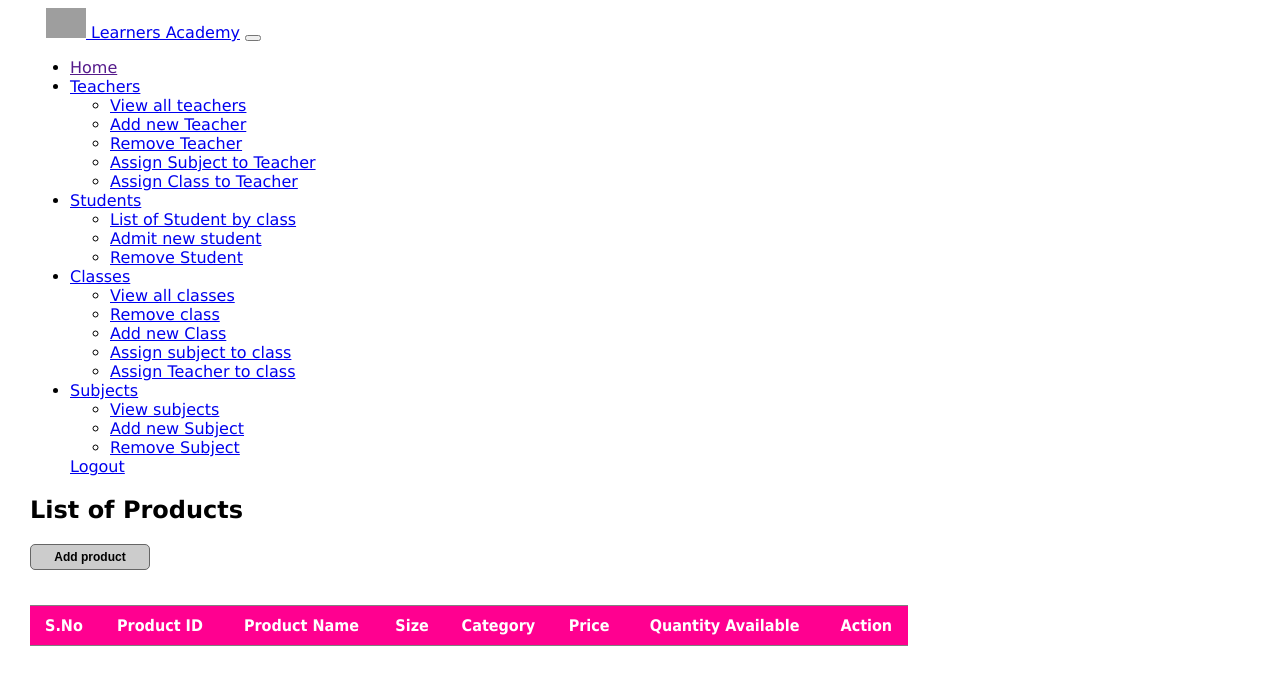
Repository: anuragkr41/FSDPhase3
Page: http://localhost/sporty-shoes/WEB-INF/view/list-products.jsp
An editor plug-in stored every save of this project. The page is shown before and after the next save, followed by the edit.
The browser window is 1280 px wide. The pictures show the whole page.
Pictures or frames that could not be fetched are drawn as grey boxes. The page is served by Tomcat 9. Nobody is signed in. Other server files are loaded and not shown. The template is opened directly, without the code that normally fills it, so the values that code supplies are empty.

Above is the page before, as saved 2021-07-24 08:10:29.

### sporty-shoes/WebContent/WEB-INF/view/list-products.jsp
<%@ page language="java" contentType="text/html; charset=ISO-8859-1"
	pageEncoding="ISO-8859-1"%>
<%@ taglib uri="http://java.sun.com/jsp/jstl/core" prefix="c"%>

<!DOCTYPE html>
<html>
<head>
<meta charset="ISO-8859-1">
<title>Products List</title>
<!-- reference our style sheet  -->
<link type="text/css" rel="stylesheet"
	href="${pageContext.request.contextPath}/resources/css/style.css" />
</head>
<body>
<!-- Optional JavaScript; choose one of the two! -->
<!-- Option 1: Bootstrap Bundle with Popper -->
<script src="https://cdn.jsdelivr.net/npm/bootstrap@5.0.1/dist/js/bootstrap.bundle.min.js"
  integrity="sha384-gtEjrD/SeCtmISkJkNUaaKMoLD0//ElJ19smozuHV6z3Iehds+3Ulb9Bn9Plx0x4"
  crossorigin="anonymous"></script>

<%@include file="admin-menu.jsp"%>


	<div id="wrapper">
		<div id="content">
			<h2>List of Products</h2>
			<!-- put a button to add products  -->

			<input type="button" value="Add product"
				onclick="window.location.href='productAddForm'; return false;"
				class = "add-button"/>

			<!-- add our html table here -->

			<div id=container>
				<div id=content>
					<table>
						<tr>
							<th>S.No</th>
							<th>Product ID</th>
							<th>Product Name</th>
							<th>Size</th>
							<th>Category</th>
							<th>Price</th>
							<th>Quantity Available</th>
							<th>Action</th>
						</tr>
						<%int sno = 1;%>
						<!-- loop over and print out customers  -->
						<c:forEach var="tempProduct" items="${products}">

							<!--Construct an update link with customer id  -->

							<tr>
								<td><%=sno++%></td>
								<td>${tempProduct.id}</td>
								<td>${tempProduct.name}</td>
								<td>${tempProduct.size}</td>
								<td>${tempProduct.category}</td>
								<td>Rs. ${tempProduct.price}</td>
								<td>${tempProduct.quantityAvailable}</td>

							</tr>

						</c:forEach>
					</table>
				</div>
			</div>
		</div>
	</div>

</body>
</html>

### sporty-shoes/WebContent/WEB-INF/view/admin-menu.jsp
<div class="container.fluid">
      <nav class="navbar navbar-expand-lg navbar-dark bg-primary">

        <a class="navbar-brand" style="padding-left: 1em;" href="<%=request.getContextPath()%>/admin_dashboard.jsp"><img src="<%=request.getContextPath()%>/images/logo_Menu.png" height="30px" >   Learners Academy</a>
        <!-- <button class="navbar-toggler" type="button" data-toggle="collapse" data-target="#navbarsExample03" aria-controls="navbarsExample03" aria-expanded="false" aria-label="Toggle navigation">
            <span class="navbar-toggler-icon"></span>
          </button> -->


          <button class="navbar-toggler" type="button" data-toggle="collapse" data-target="#navbarsExample03" aria-controls="navbarsExample03" aria-expanded="false" aria-label="Toggle navigation">
            <span class="navbar-toggler-icon"></span>
          </button>


        <div class="collapse navbar-collapse" id="PrimaryMenu">
          <ul class="navbar-nav" style="margin-left: auto; padding-right: 1em;">
            <li class="nav-item">
              <a class="nav-link active px-3" aria-current="page" href="">Home</a>
            </li>

            <li class="nav-item dropdown px-3">
              <a class="nav-link dropdown-toggle" href="teachers.jsp" id="dropdown03" data-bs-toggle="dropdown"
                aria-expanded="false">Teachers</a>
              <ul class="dropdown-menu" aria-labelledby="dropdown03">
                <li><a class="dropdown-item" href="#">View all teachers</a></li>
                <li><a class="dropdown-item" href="#">Add new Teacher</a></li>
                <li><a class="dropdown-item" href="#">Remove Teacher</a></li>
                <li><a class="dropdown-item" href="#">Assign Subject to Teacher</a></li>
                <li><a class="dropdown-item" href="#">Assign Class to Teacher</a></li>

              </ul>
            </li>

            <li class="nav-item dropdown px-3">
              <a class="nav-link dropdown-toggle" href="students.jsp" id="dropdown03" data-bs-toggle="dropdown"
                aria-expanded="false">Students</a>
              <ul class="dropdown-menu" aria-labelledby="dropdown03">
                <li><a class="dropdown-item" href="#">List of Student by class</a></li>
                <li><a class="dropdown-item" href="#">Admit new student</a></li>
                <li><a class="dropdown-item" href="#">Remove Student</a></li>
              </ul>
            </li>

            <li class="nav-item dropdown px-3">
              <a class="nav-link dropdown-toggle" href="classes.jsp" id="dropdown03" data-bs-toggle="dropdown"
                aria-expanded="false">Classes</a>
              <ul class="dropdown-menu" aria-labelledby="dropdown03">
                <li><a class="dropdown-item" href="#">View all classes</a></li>
                <li><a class="dropdown-item" href="#">Remove class</a></li>
                <li><a class="dropdown-item" href="#">Add new Class</a></li>
                <li><a class="dropdown-item" href="#">Assign subject to class</a></li>
                <li><a class="dropdown-item" href="#">Assign Teacher to class</a></li>

              </ul>
            </li>

            <li class="nav-item dropdown mx-3">
              <a class="nav-link dropdown-toggle" href="subjects.jsp" id="dropdown03" data-bs-toggle="dropdown"
                aria-expanded="false">Subjects</a>
              <ul class="dropdown-menu" aria-labelledby="dropdown03">
                <li><a class="dropdown-item" href="#">View subjects</a></li>
                <li><a class="dropdown-item" href="#">Add new Subject</a></li>
                <li><a class="dropdown-item" href="#">Remove Subject</a></li>
              </ul>
            </li>
            <a href = "<%=request.getContextPath()%>/logout" class="btn btn-outline-light me-2">Logout</a>
          </ul>

        </div>
      </nav>
    </div>

### sporty-shoes/WebContent/resources/css/style.css
html, body{
	margin-left:15px; margin-right:15px;
	padding:0px;
	font-family:Verdana, Arial, Helvetica, sans-serif;
}

table {
	border-collapse:collapse;
	border-bottom:1px solid gray;
	font-family: Tahoma,Verdana,Segoe,sans-serif;
	width:72%;
}

th {
	border-bottom:1px solid gray;
	background:none repeat scroll 0 0 #ff0090;
	padding:10px;
	color: #FFFFFF;
}

tr {
	border-top:1px solid gray;
	text-align:center;
}

tr:nth-child(even) {background: #FFFFFF}
tr:nth-child(odd) {background: #BBBBBB}

#wrapper {width: 100%; margin-top: 0px; }
#header {width: 70%; background: #ff0090; margin-top: 0px; padding:15px 0px 15px 15px;}
#header h2 {width: 100%; margin:auto; color: #FFFFFF;}
#container {width: 100%; margin:auto}
#container h3 {color: #000;}
#container #content {margin-top: 20px;}

.add-button {
	border: 1px solid #666;
	border-radius: 5px;
	padding: 4px;
	font-size: 12px;
	font-weight: bold;
	width: 120px;
	padding: 5px 10px;

	margin-bottom: 15px;
	background: #cccccc;
}

After the next save:
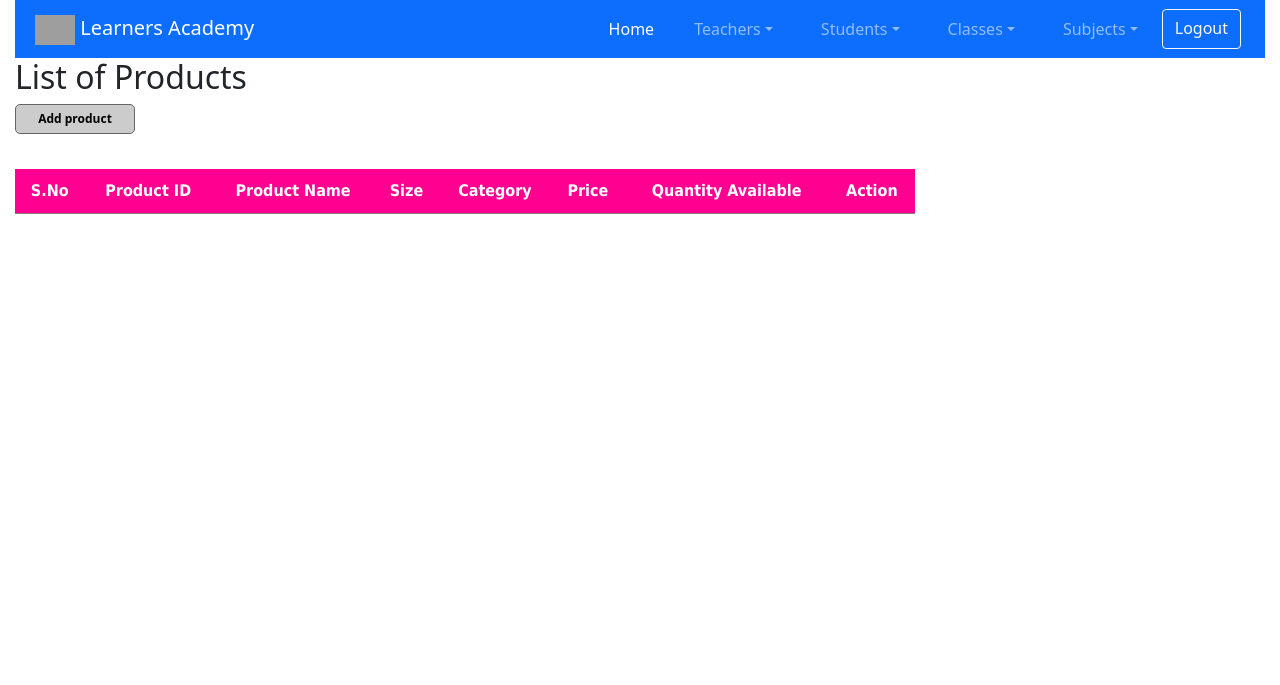
Saved 21 s later.
--- a/sporty-shoes/WebContent/WEB-INF/view/list-products.jsp
+++ b/sporty-shoes/WebContent/WEB-INF/view/list-products.jsp
@@ -10,6 +10,12 @@
 <!-- reference our style sheet  -->
 <link type="text/css" rel="stylesheet"
 	href="${pageContext.request.contextPath}/resources/css/style.css" />
+
+	<!-- Bootstrap CSS -->
+    <link href="https://cdn.jsdelivr.net/npm/bootstrap@5.0.1/dist/css/bootstrap.min.css" rel="stylesheet" integrity="sha384-+0n0xVW2eSR5OomGNYDnhzAbDsOXxcvSN1TPprVMTNDbiYZCxYbOOl7+AMvyTG2x" crossorigin="anonymous">
+
+
+
 </head>
 <body>
 <!-- Optional JavaScript; choose one of the two! -->
